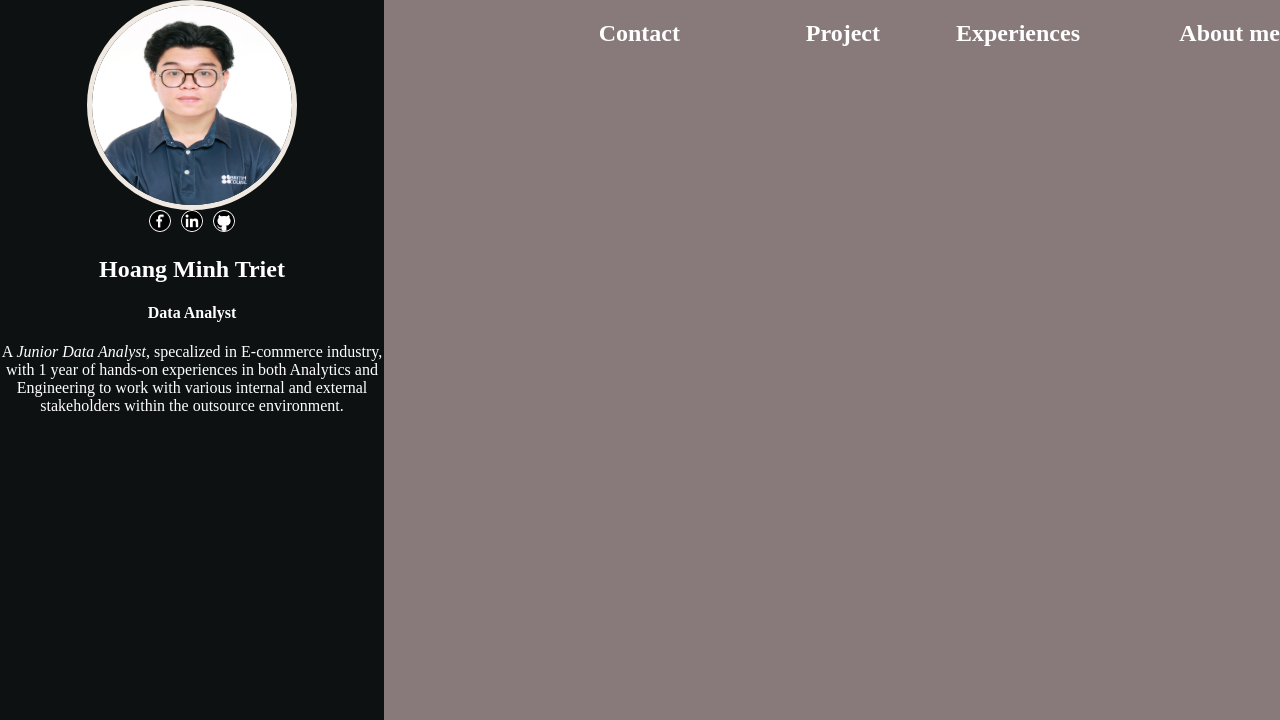
Repository: MinnTrit/personal_website
Page: http://localhost/
An editor plug-in stored every save of this project. The page is shown before and after the next save, followed by the edit.
The browser window is 1280 px wide. The pictures show the whole page.
The page is served by the project's application, run on Flask 3 (app.py).

Above is the page before, as saved 2025-01-28 23:57:21.

After the next save:
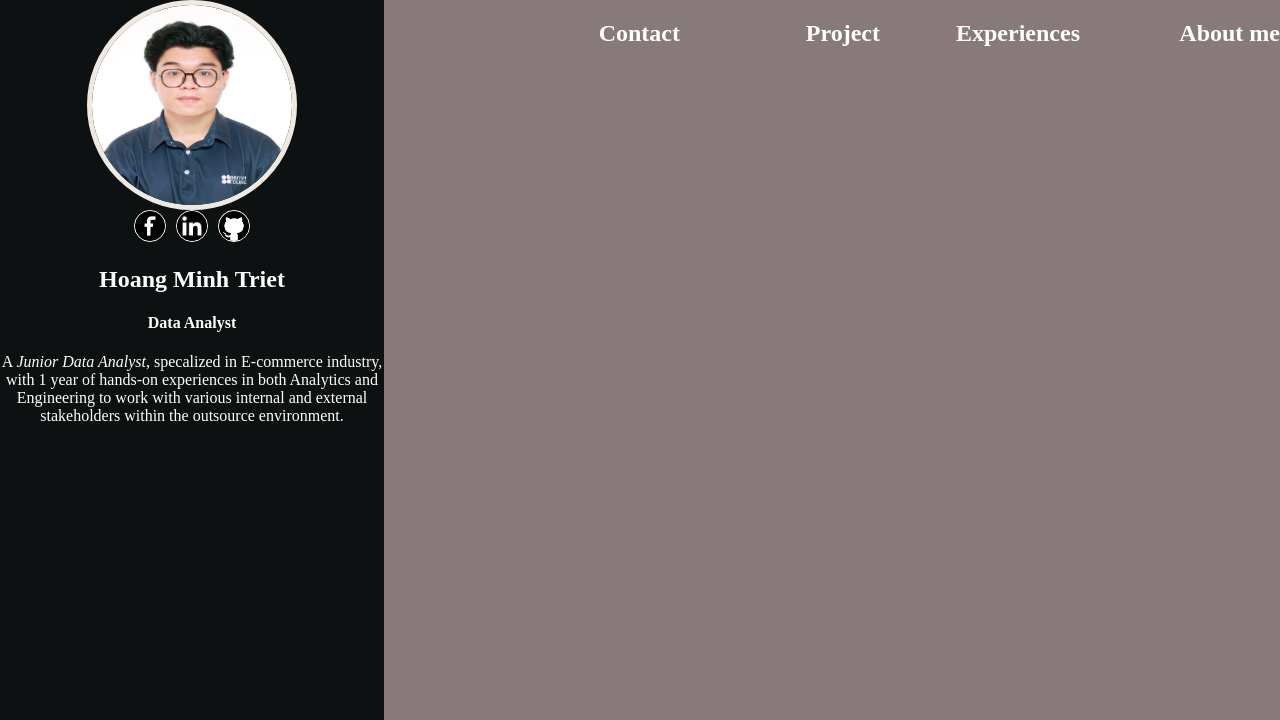
Saved 19 s later.
--- a/static/css/styles.css
+++ b/static/css/styles.css
@@ -61,41 +61,9 @@ html, body {
 }
 
 .information img {
-    width: 20px;
-    height: 20px;
+    width: 30px;
+    height: 30px;
     display: inline-block;
     border: 1px solid;
     border-color: white;
 }
-/* .information .facebook {
-    position: absolute;
-    border-radius: 60%;
-    width: 30px;
-    height: 30px;
-    top: 220px;
-    left: 100px;
-    border: 1px solid;
-    border-color: white;
-}
-
-.information .linkedin {
-    position: absolute;
-    border-radius: 60%;
-    width: 30px;
-    height: 30px;
-    top: 220px;
-    left: 50px;
-    border: 1px solid;
-    border-color: white;
-}
-
-.information .github {
-    position: absolute;
-    border-radius: 60%;
-    width: 30px;
-    height: 30px;
-    top: 220px;
-    left: 150px;
-    border: 1px solid;
-    border-color: white;
-} */
